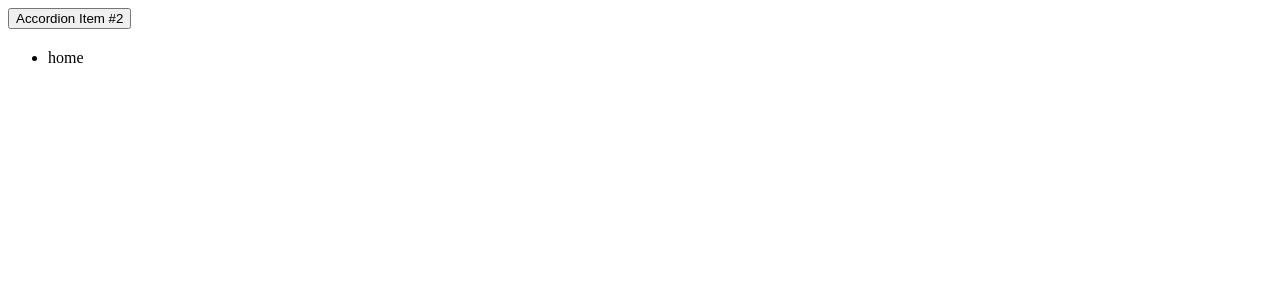
Repository: anildevaki1/MSSGL-shareModule
Page: component/sidenavbar.html
An editor plug-in stored every save of this project. The page is shown before and after the next save, followed by the edit.
The browser window is 1280 px wide. The pictures show the whole page.

Above is the page before, as saved 2023-01-10 19:25:57.

### component/sidenavbar.html


<div class="accordion-item">
    <h2 class="accordion-header" id="flush-headingTwo">
        <button class="accordion-button collapsed" type="button" data-bs-toggle="collapse"
            data-bs-target="#flush-collapseTwo" aria-expanded="false" aria-controls="flush-collapseTwo">
            Accordion Item #2
        </button>
    </h2>
    <div id="flush-collapseTwo" class="accordion-collapse collapse" aria-labelledby="flush-headingTwo"
        data-bs-parent="#accordionFlushExample">
        <div class="accordion-body">
            <ul class="list-group w-100">
                <li class="list-group-item">home</li>

            </ul>
        </div>
    </div>
</div>

After the next save:
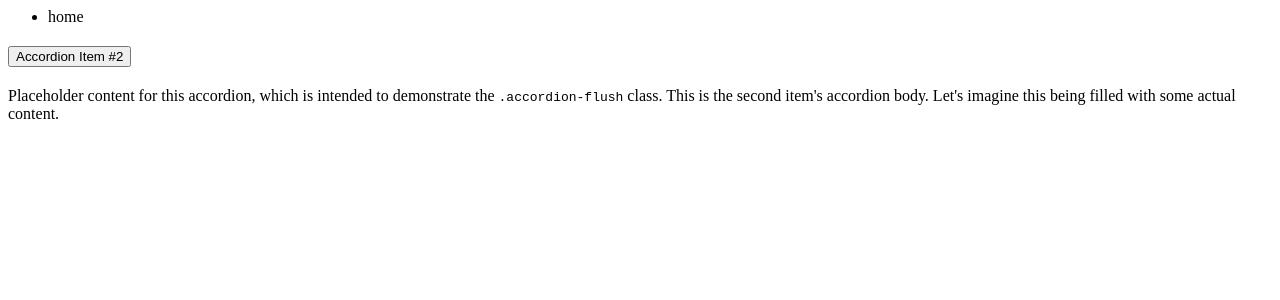
Saved 53 s later.
--- a/component/sidenavbar.html
+++ b/component/sidenavbar.html
@@ -1,19 +1,16 @@
+<ul class="list-group w-100">
+    <li class="list-group-item">home</li>
+
+</ul>
 
 
 <div class="accordion-item">
     <h2 class="accordion-header" id="flush-headingTwo">
-        <button class="accordion-button collapsed" type="button" data-bs-toggle="collapse"
-            data-bs-target="#flush-collapseTwo" aria-expanded="false" aria-controls="flush-collapseTwo">
-            Accordion Item #2
-        </button>
+      <button class="accordion-button collapsed" type="button" data-bs-toggle="collapse" data-bs-target="#flush-collapseTwo" aria-expanded="false" aria-controls="flush-collapseTwo">
+        Accordion Item #2
+      </button>
     </h2>
-    <div id="flush-collapseTwo" class="accordion-collapse collapse" aria-labelledby="flush-headingTwo"
-        data-bs-parent="#accordionFlushExample">
-        <div class="accordion-body">
-            <ul class="list-group w-100">
-                <li class="list-group-item">home</li>
-
-            </ul>
-        </div>
+    <div id="flush-collapseTwo" class="accordion-collapse collapse" aria-labelledby="flush-headingTwo" data-bs-parent="#accordionFlushExample">
+      <div class="accordion-body">Placeholder content for this accordion, which is intended to demonstrate the <code>.accordion-flush</code> class. This is the second item's accordion body. Let's imagine this being filled with some actual content.</div>
     </div>
-</div>
+  </div>

After the save that followed:
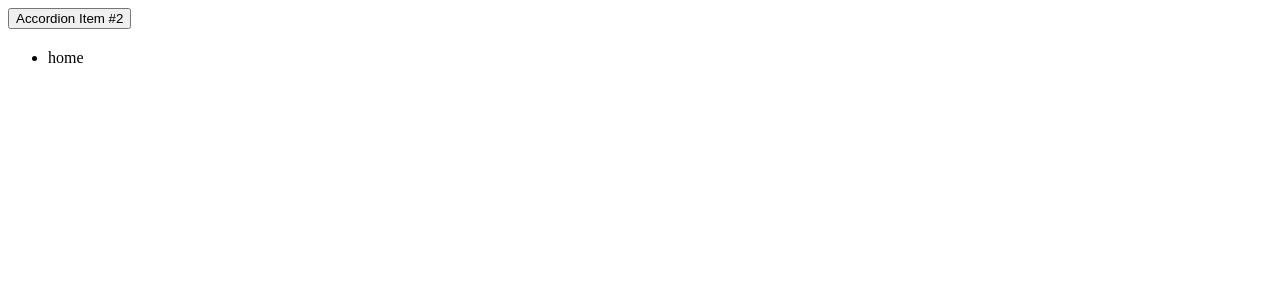
Saved 13 s later.
--- a/component/sidenavbar.html
+++ b/component/sidenavbar.html
@@ -1,7 +1,4 @@
-<ul class="list-group w-100">
-    <li class="list-group-item">home</li>
 
-</ul>
 
 
 <div class="accordion-item">
@@ -11,6 +8,11 @@
       </button>
     </h2>
     <div id="flush-collapseTwo" class="accordion-collapse collapse" aria-labelledby="flush-headingTwo" data-bs-parent="#accordionFlushExample">
-      <div class="accordion-body">Placeholder content for this accordion, which is intended to demonstrate the <code>.accordion-flush</code> class. This is the second item's accordion body. Let's imagine this being filled with some actual content.</div>
+      <div class="accordion-body">
+        <ul class="list-group w-100">
+            <li class="list-group-item">home</li>
+
+        </ul>
+      </div>
     </div>
   </div>
